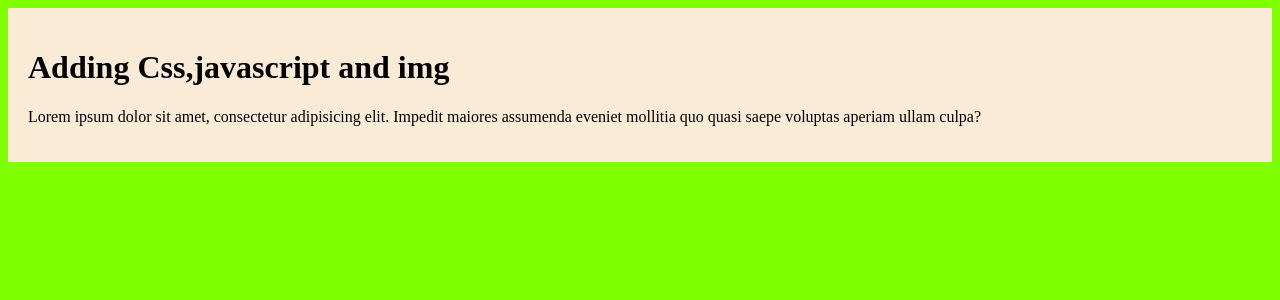
Repository: DeepakKumarSingh27/SprinfgBootYouTProject
Page: http://localhost/example
These files come from the project's save history. The page is drawn as it stood at one moment and after the next save; the edit follows.
The browser window is 1280 px wide. The pictures show the whole page.
The page is this project's Thymeleaf template; nobody is signed in. The template is opened directly, without the code that normally fills it, so the values that code supplies are empty.

Above is the page before, as saved 2023-09-28 07:56:14.

After the next save:
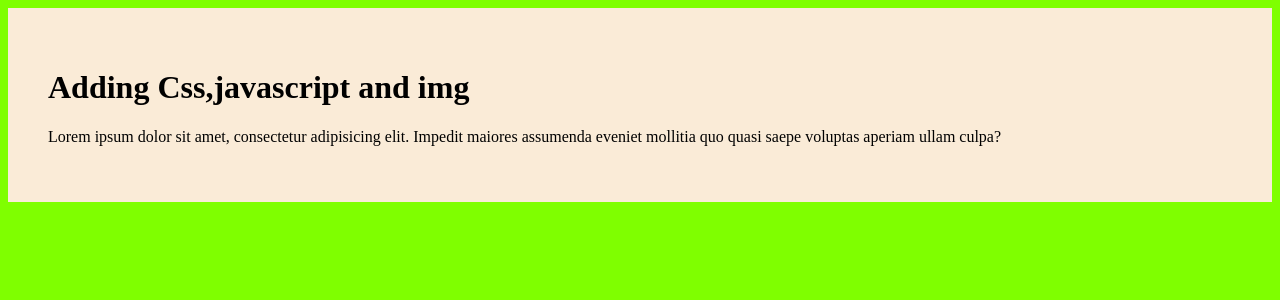
Saved 60 s later.
--- a/thtmeleafpractical/src/main/resources/static/css/mystyle.css
+++ b/thtmeleafpractical/src/main/resources/static/css/mystyle.css
@@ -3,5 +3,5 @@ body{
 }
 .container{
 	background: antiquewhite;
-	padding: 20px;
+	padding: 40px;
 }
